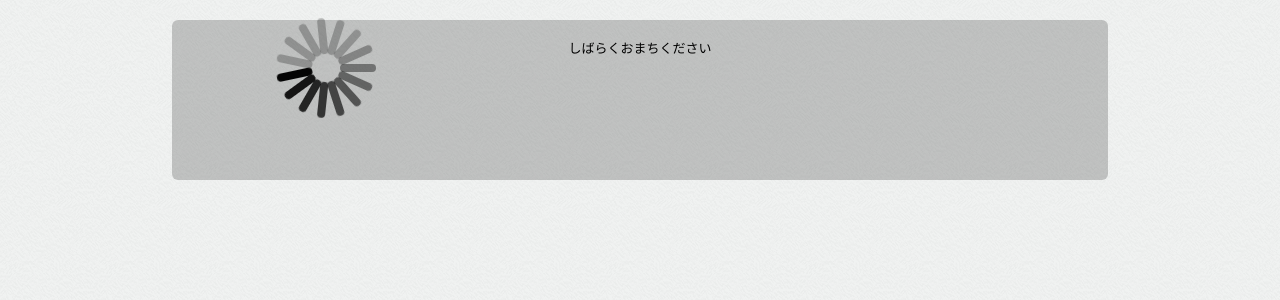
Repository: alivecast/exder_android_sales
Page: exorder.director/assets/www/index.html
These files come from the project's save history. The page is drawn as it stood at one moment and after the next save; the edit follows.
The browser window is 1280 px wide. The pictures show the whole page.

Above is the page before, as saved 2012-12-14 08:01:22.

### exorder.director/assets/www/index.html
<!DOCTYPE html>
<html>
	<head>
		<title></title>

		<meta name="viewport" content="width=device-width, initial-scale=1.0, maximum-scale=1.0, user-scalable=no;" />
		<meta charset="utf-8">

		<!-- iPad/iPhone specific css below, add after your main css >
		<link rel="stylesheet" media="only screen and (max-device-width: 1024px)" href="ipad.css" type="text/css" />
		<link rel="stylesheet" media="only screen and (max-device-width: 480px)" href="iphone.css" type="text/css" />
		-->
		<link rel="stylesheet" href="js/jquery.mobile-1.2.0.min.css" type="text/css" />
		<link rel="stylesheet" href="css/iphone.css" type="text/css" />

		<script type="text/javascript" charset="utf-8" src="js/jquery-1.8.2.min.js"></script>

		<script type="text/javascript" charset="utf-8" src="js/base64.js"></script>
		<script type="text/javascript" charset="utf-8" src="js/aes.js"></script>
		<script type="text/javascript" charset="utf-8" src="js/main.js"></script>
		<script type="text/javascript" charset="utf-8" src="js/company.js"></script>

		<script type="text/javascript" charset="utf-8" src="js/cordova.js"></script>
		<script src="js/spin.min.js" type="text/javascript"></script>

		<script type="text/javascript">
			$(document).bind("mobileinit", function() {
				// jQuery Mobile フレームワークの設定変更は、ここで行なってください！
				$.support.cors = true;
				$.mobile.allowCrossDomainPages = true;
			});

			$(document).ready(function() {
				document.addEventListener("deviceready", onDeviceReady, false);
			});

			function onDeviceReady() {

				// 戻るURLの初期設定
				setLocalStorage('before', 'index.html');
				// バックボタン設定
				document.addEventListener("backbutton", function(){
					window.location.href = before;
				}, false);

				// URLの取得
				$.ajax({
					type : "POST",
					url : "http://exorder.jp/app/send_init.php",
					data : "id1=alivecast&id2=sugoi",
					success : function(rdata) {
						onDeviceCheck(rdata);
					},
					error : function() {
						onDeviceCheck();
					}
				});
			}

			function onDeviceCheck(rdata) {
				console.log("Setting");

				var fname = 'setting';
				getFile(fname, onGetSettingOK, onGetSettingNG);

				function onGetSettingOK(json) {
					console.log("onGetSettingOK");

					if (rdata && rdata.url) {
						json['http'] = rdata.http;
						json['https'] = rdata.https;
						json['url'] = rdata.url;
					} else {
						if (json.url) {
							// OK
						} else {
							// 通信エラー
							companyNetError();
						}
					}

					if (json.uid) {
						if (json.uid == 0) {
							initSettingFile(json);
						} else {
							// ログインチェック後、アップデート
							companyLoginCheck(json, updateSettingFile);
						}
					} else {
						initSettingFile(json);
					}
				}

				function onGetSettingNG() {
					console.log("onGetSettingNG");
					initSettingFile(rdata);
				}

			}

			function initSettingFile(data) {
				var fname = 'setting';
				//		delFile(fname);

				$("#loading").css("display", "none");
				$("#header").css("display", "block");
				$("#mainC").css("display", "block");

				var datalist = {
					uid : "0",
					act_key : "0",
					app_ver : "0100",
					app_code : "fujichrome_velvia50",
					url : data.url,
					http : data.http,
					https : data.https
				}

				// ファイル処理
				setFile(fname, datalist);
			}

			function updateSettingFile(udata) {
				var datalist = udata;
				// ファイル処理
				var fname = 'setting';
				setFile(fname, datalist);

				location.href = "barcode.html";
				return false;
			}

			function loginMain() {
				companyGetSetting(savePass);
				return false;
			}

			// 新規登録
			function savePass(json) {
				console.log("savePass");

				var setting = json;

				setting['uname'] = $("#uname").val();
				setting['password'] = $("#password").val();

				// 送信
				var url = json.https + 'company01/receive_act_pw.php';

				var params = setting;
				var datalist = json;

				$.ajax({
					type : "POST",
					url : url,
					data : params,
					success : function(data) {
						// 戻り値の保存
						// ファイル登録
						if (data.uid && data.uid > 0) {
							//json
							datalist['uid'] = data.uid;
							datalist['act_key'] = data.act_key;

							console.log("savePassOK app_code:" + datalist.app_code);
							console.log("savePassOK uid:" + datalist.uid);

							updateSettingFile(datalist);

						} else {

							console.log("savePassNG app_code:" + datalist.app_code);

							message = 'ログインＩＤ(' + setting['uname'] + ')またはパスワードに誤りがあります。';
							title = '認証エラー';
							button = 'OK';
							navigator.notification.alert(message, alertCallBack(), title, button);
							return false;
						}
					},
					error : function() {
						companyNetError();
					}
				});
			}

			function alertCallBack() {
				location.href = "index.html";
			}

			// 説明ページ
			setLocalStorage('page', 'tr_company.html');

		</script>
		<script type="text/javascript" charset="utf-8" src="js/jquery.mobile-1.2.0.min.js"></script>

	</head>

	<body>
		<div data-role="page" data-add-back-btn="false" data-theme="z">
			<!-- loading -->
			<div class="loading" data-role="content" id="loading">
				<div class="loading_box">
					<p>
						しばらくおまちください
					</p>
					<div id="loadingImg" class="square"></div>
					<script>
						// spin setting
						var opts = {
							lines : 15, // The number of lines to draw
							length : 28, // The length of each line
							width : 8, // The line thickness
							radius : 14, // The radius of the inner circle
							corners : 1, // Corner roundness (0..1)
							rotate : 0, // The rotation offset
							color : '#000', // #rgb or #rrggbb
							speed : 1, // Rounds per second
							trail : 60, // Afterglow percentage
							shadow : false, // Whether to render a shadow
							hwaccel : false, // Whether to use hardware acceleration
							className : 'spinner', // The CSS class to assign to the spinner
							zIndex : 2e9, // The z-index (defaults to 2000000000)
							top : 'auto', // Top position relative to parent in px
							left : 'auto' // Left position relative to parent in px
						};
						var target = document.getElementById('loadingImg');
						var spinner = new Spinner(opts).spin(target);
					</script>
				</div>
			</div>

			<div data-role="header" id="header" style="display:none;" class="loginM">
				<h1>ログイン</h1>
				<a href="loading.html" class="ui-btn-left" data-icon="arrow-l" data-ajax="false">loading</a>
				<a href="website.html" class="ui-btn-right" data-icon="info" data-direction="reverse" data-ajax="false">使い方</a>
			</div>

			<div class="cont_passcode_edit" data-role="content" id="mainC"  style="display:none;" class="loginM">

				<div class="page_description">
					<div class="txt">
						販売業者ログイン情報を入力してください
					</div>
				</div>

					<div data-role="fieldcontain" >
						<ul class="setup_list" data-role="listview">

							<li>
								ExOrderのログインＩＤとパスワードを入力してください
							</li>

							<li class="passcode">
								<label for="uname" class="fieldLabel">ログインＩＤ</label>
								<input type="text" id="uname" name="uname" class="required" value="" />
							</li>

							<li class="passcode">
								<label for="password" class="fieldLabel">パスワード</label>
								<input type="password" autocomplete="off" id="password" name="password" class="required" value="" />
							</li>

							<li class="item_buy_1btn btn_txt_ow">
								<div>
									<input type="submit" value="ログイン" class="btn_next" onclick="return loginMain();" />
								</div>
							</li>
						</ul>
					</div>
			</div>
		</div>
	</body>
</html>

Loaded but not shown: exorder.director/assets/www/js/jquery.mobile-1.2.0.min.css (library); exorder.director/assets/www/js/jquery-1.8.2.min.js (library); exorder.director/assets/www/js/aes.js (library); exorder.director/assets/www/js/cordova.js (library); exorder.director/assets/www/js/spin.min.js (library); exorder.director/assets/www/js/jquery.mobile-1.2.0.min.js (library); exorder.director/assets/www/js/main.js (360 lines, source omitted); exorder.director/assets/www/js/base64.js (226 lines, source omitted); exorder.director/assets/www/js/company.js (72 lines, source omitted); exorder.director/assets/www/css/iphone.css (1996 lines, source omitted)

After the next save:
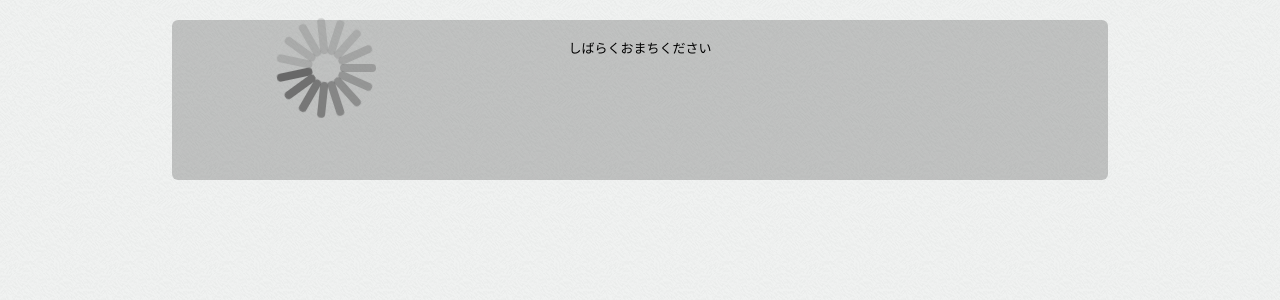
Saved 3 min 4 s later.
--- a/exorder.director/assets/www/index.html
+++ b/exorder.director/assets/www/index.html
@@ -214,7 +214,7 @@
 							radius : 14, // The radius of the inner circle
 							corners : 1, // Corner roundness (0..1)
 							rotate : 0, // The rotation offset
-							color : '#000', // #rgb or #rrggbb
+							color : '#666', // #rgb or #rrggbb
 							speed : 1, // Rounds per second
 							trail : 60, // Afterglow percentage
 							shadow : false, // Whether to render a shadow
